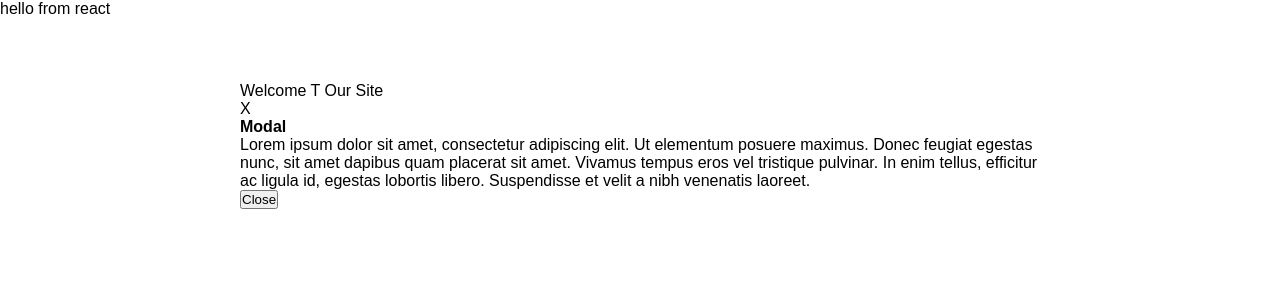
Repository: KrzysKolo/sr_tydzien5_zad1
Page: /
These files come from the project's save history. The page is drawn as it stood at one moment and after the next save; the edit follows.
The browser window is 1280 px wide. The pictures show the whole page.
The project was rebuilt for these pictures with package versions that can differ from the ones it lists, and the page was loaded fresh each time.

Above is the page before, as saved 2020-12-18 13:34:24.

### src/App.js
import React from 'react';
import Modal from './components/modal/Modal'

function App() {
  return (
    <div className="App">
     hello from react
     <Modal />
    </div>
  );
}

export default App;

### src/components/modal/Modal.js
import React from 'react';
import { ModalHeader, ModalSection, ModalFooter } from './modalComponents/';
import './Modal.css';

const Modal = () => {
    return (
        <main className="modal-wrapper">
            <ModalHeader />
            <ModalSection />
            <ModalFooter />
        </main>
    )
}

export default Modal;

### src/components/modal/modalComponents/index.js
export { default as ModalHeader } from './ModalHeder';
export { default as ModalSection } from './ModalSection';
export { default as ModalFooter } from './ModalFooter';

### src/components/modal/Modal.css
* {
  margin: 0;
  padding: 0;
  box-sizing: border-box;
}
body {
  font-family: Arial, Helvetica, sans-serif;
}
.modal-wrapper {
  background-color: #fff;
  width: 80%;
  max-width: 800px;
  margin: 4rem auto;
}

### src/components/modal/modalComponents/ModalHeder.js
import React from 'react';

const ModalHeder = () => {
    return (
        <header className="modal-header">
            <p>Welcome T Our Site</p>
            <span className="close-modal-btn">X</span>
        </header>
    )
}

export default ModalHeder;

### src/components/modal/modalComponents/ModalSection.js
import React from 'react';

const ModalSection = () => {
    return (
        <section className="modal-content">
            <div className="modal-body">
                <h4>Modal</h4>
                <p>
                Lorem ipsum dolor sit amet, consectetur adipiscing elit. Ut elementum posuere maximus. Donec feugiat egestas nunc, sit amet dapibus quam placerat sit amet. Vivamus tempus eros vel tristique pulvinar. In enim tellus, efficitur ac ligula id, egestas lobortis libero. Suspendisse et velit a nibh venenatis laoreet.
                </p>
            </div>
        </section>
    )
}

export default ModalSection;

### src/components/modal/modalComponents/ModalFooter.js
import React from 'react';

const ModalFooter = () => {
    return (
        <footer className="modal-footer">
            <button className="btn-cancel">Close</button>
        </footer>
    )
}

export default ModalFooter;

Loaded but not shown: public/index.html (common file); src/index.js (common file); src/index.css (common file)

After the next save:
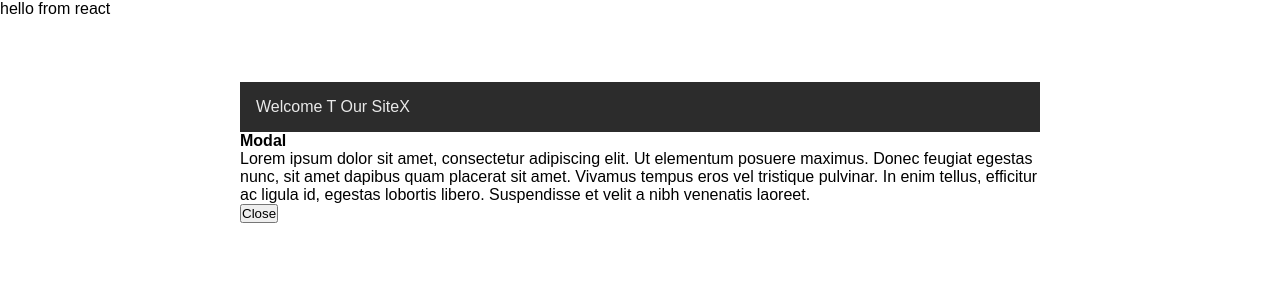
Saved 2 min 0 s later.
--- a/src/components/modal/Modal.css
+++ b/src/components/modal/Modal.css
@@ -12,3 +12,9 @@ body {
   max-width: 800px;
   margin: 4rem auto;
 }
+.modal-header {
+  background-color: #2c2c2c;
+  color: #e9e9e9;
+  padding: 1rem;
+  display: flex;
+}
